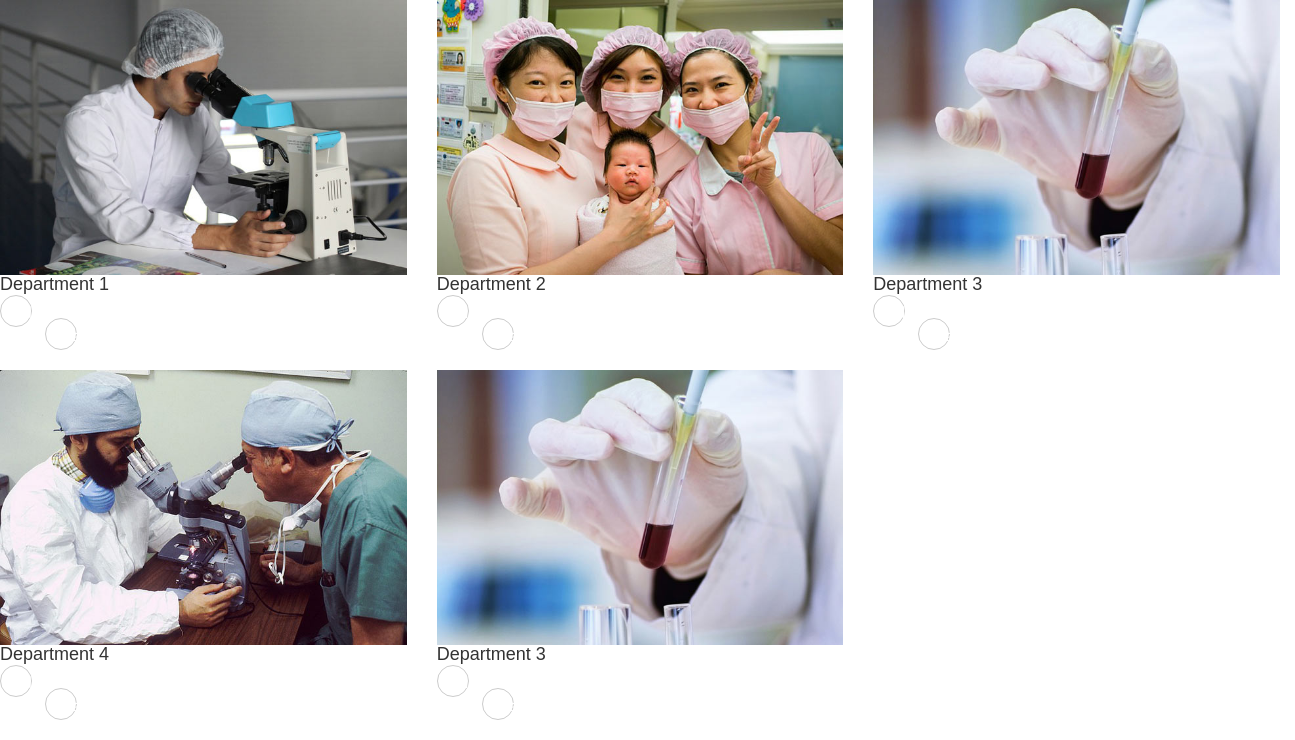
Repository: 72-faisal/work_to_do
Page: http://localhost/Khajina_Doctor/Department-home.jsp
The author's editor kept a copy of each file at every save. The page is drawn from the files as they stood at one save, then again after the next save.
The browser window is 1280 px wide. The page is 1295 px wide, so the pictures cover 1295 px, including what lies to the right of the window. The pictures show the whole page.
Some web fonts or font styles are not loaded; a fallback is used. The page is served by Tomcat 9. Other server files are loaded and not shown.

Above is the page before, as saved 2023-04-15 19:38:19.

### Khajina_Doctor/Khajina_Doctor/src/main/webapp/Department-home.jsp
<%@ page language="java" contentType="text/html; charset=ISO-8859-1"
    pageEncoding="ISO-8859-1"%>
<!DOCTYPE html>
<html>
<head>
<meta charset="ISO-8859-1">
<title>KhajjinaDoc a Medical Online Solution |</title>
<!-- for-meta-tags-->
<meta name="viewport" content="width=device-width, initial-scale=1">
<meta http-equiv="Content-Type" content="text/html; charset=utf-8" />
<meta name="keywords" content="Health Plus Responsive web template, Bootstrap Web Templates, Flat Web Templates, Android Compatible web template,
Smartphone Compatible web template, free web designs for Nokia, Samsung, LG, SonyEricsson, Motorola web design" />
<script type="application/x-javascript"> addEventListener("load", function() { setTimeout(hideURLbar, 0); }, false);
		function hideURLbar(){ window.scrollTo(0,1); } </script>
<!-- //for-meta-tags-->
<link href="css/bootstrap.css" rel="stylesheet" type="text/css" media="all" />
<link rel="stylesheet" href="css/flexslider.css" type="text/css" media="screen" Department="" />
<link href="css/services.css" rel="stylesheet" type="text/css" media="all" />
<link href="css/ziehharmonika.css" rel="stylesheet" type="text/css">
<link href="css/JiSlider.css" rel="stylesheet">
<link href="css/style.css" rel="stylesheet" type="text/css" media="all" />
<!-- font-awesome icons -->
<link href="css/font-awesome.css" rel="stylesheet">
<!-- //font-awesome icons -->
<link href="//fonts.googleapis.com/css?family=Raleway:200,200i,300,300i,400,400i,500,500i,600,600i,700,700i,800" rel="stylesheet">
<link href="//fonts.googleapis.com/css?family=Lato:300,300i,400,400i,700,900" rel="stylesheet">
</head>
<body>
<div class="department-box">
    <div class="row">
        <div class="col-md-4 department" style="position:relative;">
            <img src="images/g1.jpg" alt=" " class="img-responsive" />
            <div class="overlay">
                <h4>Department 1</h4>
                <ul class="social_agileinfo">
                    <li style="display:inline-block; margin-right:10px;"><a href="#" class="w3_facebook" style="text-decoration:none; border:1px solid #ccc; padding:5px 10px;">Add to Cart</a></li>
                    <li style="display:inline-block;"><a href="#" class="w3_twitter" style="text-decoration:none; border:1px solid #ccc; padding:5px 10px;">Make Appointment</a></li>
                </ul>
            </div>
        </div>
        <div class="col-md-4 department" style="position:relative;">
            <img src="images/g2.jpg" alt=" " class="img-responsive" />
            <div class="overlay">
                <h4>Department 2</h4>
                <ul class="social_agileinfo">
                    <li style="display:inline-block; margin-right:10px;"><a href="#" class="w3_facebook" style="text-decoration:none; border:1px solid #ccc; padding:5px 10px;">Add to Cart</a></li>
                    <li style="display:inline-block;"><a href="#" class="w3_twitter" style="text-decoration:none; border:1px solid #ccc; padding:5px 10px;">Make Appointment</a></li>
                </ul>
            </div>
        </div>
        <div class="col-md-4 department" style="position:relative;">
            <img src="images/g3.jpg" alt=" " class="img-responsive" />
            <div class="overlay">
                <h4>Department 3</h4>
                <ul class="social_agileinfo">
                    <li style="display:inline-block; margin-right:10px;"><a href="#" class="w3_facebook" style="text-decoration:none; border:1px solid #ccc; padding:5px 10px;">Add to Cart</a></li>
                    <li style="display:inline-block;"><a href="#" class="w3_twitter" style="text-decoration:none; border:1px solid #ccc; padding:5px 10px;">Make Appointment</a></li>
                </ul>
            </div>
        </div>
    </div>
    <div class="row">
        <div class="col-md-4 department" style="position:relative;">
            <img src="images/g4.jpg" alt=" " class="img-responsive" />
            <div class="overlay">
                <h4>Department 4</h4>
                <ul class="social_agileinfo">
                    <li style="display:inline-block; margin-right:10px;"><a href="#" class="w3_facebook" style="text-decoration:none; border:1px solid #ccc; padding:5px 10px;">Add to Cart</a></li>
                    <li style="display:inline-block;"><a href="#" class="w3_twitter" style="text-decoration:none; border:1px solid #ccc; padding:5px 10px;">Make Appointment</a></li>
                </ul>
            </div>
        </div>
          <div class="col-md-4 department" style="position:relative;">
            <img src="images/g3.jpg" alt=" " class="img-responsive" />
            <div class="overlay">
                <h4>Department 3</h4>
                <ul class="social_agileinfo">
                    <li style="display:inline-block; margin-right:10px;"><a href="#" class="w3_facebook" style="text-decoration:none; border:1px solid #ccc; padding:5px 10px;">Add to Cart</a></li>
                    <li style="display:inline-block;"><a href="#" class="w3_twitter" style="text-decoration:none; border:1px solid #ccc; padding:5px 10px;">Make Appointment</a></li>
                </ul>
            </div>
        </div>
    </div>

</div>
</body>
</html>

### Khajina_Doctor/Khajina_Doctor/src/main/webapp/css/flexslider.css
/*
 * jQuery FlexSlider v2.0
 * http://www.woothemes.com/flexslider/
 *
 * Copyright 2012 WooThemes
 * Free to use under the GPLv2 license.
 * http://www.gnu.org/licenses/gpl-2.0.html
 *
 * Contributing author: Tyler Smith (@mbmufffin)
 */
/* Browser Resets */
.flex-container a:active,
.flexslider a:active,
.flex-container a:focus,
.flexslider a:focus  {outline: none;}
.slides,
.flex-control-nav,
.flex-direction-nav {margin: 0; padding: 0; list-style: none;}

/* FlexSlider Necessary Styles
*********************************/
.flexslider .slides > li {display: none; -webkit-backface-visibility: hidden;} /* Hide the slides before the JS is loaded. Avoids image jumping */
.flexslider .slides img {margin: 0 auto; display: block;}
.flex-pauseplay span {text-transform: capitalize;}

/* Clearfix for the .slides element */
.slides:after {content: "."; display: block; clear: both; visibility: hidden; line-height: 0; height: 0;}
html[xmlns] .slides {display: block;}
* html .slides {height: 1%;}

/* No JavaScript Fallback */
/* If you are not using another script, such as Modernizr, make sure you
 * include js that eliminates this class on page load */
.no-js .slides > li:first-child {display: block;}


/* FlexSlider Default Theme
*********************************/
.flexslider {
	border: 0px;
	position: relative;
	zoom: 1;
	overflow: hidden;
}
.flex-viewport {max-height: 2000px; -webkit-transition: all 1s ease; -moz-transition: all 1s ease; transition: all 1s ease;}
.loading .flex-viewport {max-height: 300px;}
.flexslider .slides {zoom: 1;}

.carousel li {margin-right: 5px}


/* Direction Nav */
.flex-direction-nav a {
	margin: 0;
    background: none;
    position: absolute;
    z-index: 10;
    cursor: pointer;
    opacity: .8;
    -webkit-transition: all .3s ease;
    font-family: FontAwesome;
    font-size: 2em;
    color: #fff;
	text-decoration: none;
	top: 50%;
}
.flex-direction-nav .flex-next {
    right: 5%;
}
.flex-direction-nav .flex-prev {
	left:5%;
}
.flex-direction-nav .flex-next:before{
	content:"\f178";
}
.flex-direction-nav .flex-prev:before{
	content:"\f177";
}
.flexslider:hover .flex-next {opacity: 1;}
.flexslider:hover .flex-prev {opacity: 1;}
.flexslider:hover .flex-next:hover, .flexslider:hover .flex-prev:hover {opacity: 1;}
.flex-direction-nav .flex-disabled {opacity: .3!important; filter:alpha(opacity=30); cursor: default;}
/* Control Nav */
.flex-control-nav {
	display: block;
    position: absolute;
    right: 5%;
    top: 20%;
}
.flex-control-nav li {
    margin: 15px 0;
    display: block;
    zoom: 1;
    position: relative;
}
.flex-control-paging li a {
	width: 15px;
    height: 15px;
    display: none;
    cursor: pointer;
    text-indent: -9999px;
    border: 5px solid rgba(255, 255, 255, 0.38);
    background: #bababa;
    text-align: center;
    border-radius: 15px;
}
.flex-control-paging li a.flex-active {
	background:#ff464f;
	cursor: default;
	transform: rotateX(360deg);
	-webkit-transform: rotateX(360deg);
	-moz-transform: rotateX(360deg);
	-o-transform: rotateX(360deg);
	-ms-transform: rotateX(360deg);
    transition: transform 2s;
}
.flex-control-thumbs {margin: 5px 0 0; position: static; overflow: hidden;}
.flex-control-thumbs li {width: 25%; float: left; margin: 0;}
.flex-control-thumbs img {width: 100%; display: block; opacity: .7; cursor: pointer;}
.flex-control-thumbs img:hover {opacity: 1;}
.flex-control-thumbs .flex-active {opacity: 1; cursor: default;}
@media screen and (max-width:1366px) {

}
@media screen and (max-width:1080px) {

}
@media screen and (max-width: 991px){

}
@media screen and (max-width: 667px){

}
@media screen and (max-width: 640px){

}
@media screen and (max-width: 600px){

}
@media screen and (max-width: 480px) {
	section.slider {
		padding-top: 0;
	}

}
@media screen and (max-width: 414px){

}
@media screen and (max-width: 384px){

}
@media screen and (max-width: 375px) {

}
@media screen and (max-width: 320px) {

}

### Khajina_Doctor/Khajina_Doctor/src/main/webapp/css/services.css
.ch-item {
	width: 100%;
	height: 100%;
	border-radius: 50%;
	position: relative;
	cursor: default;
	-webkit-perspective: 900px;
	-moz-perspective: 900px;
	-o-perspective: 900px;
	-ms-perspective: 900px;
	perspective: 900px;
}
.ch-info{
	position: absolute;
	width: 100%;
	height: 100%;
	-webkit-transform-style: preserve-3d;
	-moz-transform-style: preserve-3d;
	-o-transform-style: preserve-3d;
	-ms-transform-style: preserve-3d;
	transform-style: preserve-3d;
}
.ch-info > div {
	display: block;
	position: absolute;
	width: 100%;
	height: 100%;
	border-radius: 50%;
	background-position: center center;
	-webkit-transition: all 0.4s linear;
	-moz-transition: all 0.4s linear;
	-o-transition: all 0.4s linear;
	-ms-transition: all 0.4s linear;
	transition: all 0.4s linear;
	-webkit-transform-origin: 50% 0%;
	-moz-transform-origin: 50% 0%;
	-o-transform-origin: 50% 0%;
	-ms-transform-origin: 50% 0%;
	transform-origin: 50% 0%;
}

.ch-info .ch-info-front {
      border: 10px solid #1c588e;
    background: #fff;
}

.ch-info .ch-info-back {
	-webkit-transform: translate3d(0,0,-220px) rotate3d(1,0,0,90deg);
	-moz-transform: translate3d(0,0,-220px) rotate3d(1,0,0,90deg);
	-o-transform: translate3d(0,0,-220px) rotate3d(1,0,0,90deg);
	-ms-transform: translate3d(0,0,-220px) rotate3d(1,0,0,90deg);
	transform: translate3d(0,0,-220px) rotate3d(1,0,0,90deg);
	background: #000;
	opacity: 0;
}
.ch-info-front.ch-img-1 i,.ch-info-front.ch-img-2 i,.ch-info-front.ch-img-3 i ,.ch-info-front.ch-img-4 i ,.ch-info-front.ch-img-5 i   {
    color: #232323;
    font-size: 4em;
    line-height: 3em;
}

.ch-info h5 {
    color: #fff;
    text-transform: uppercase;
    letter-spacing: 2px;
    font-size: 20px;
    margin: 0 15px;
    padding: 78px 0 0 0;
    height: 110px;
    text-shadow: 0 0 1px #fff, 0 1px 2px rgba(0,0,0,0.3);
}

.ch-info p {
	color: #de0f17;
    padding:10px 5px;
    font-style:italic;
    margin:0 30px;
    font-size:12px;
    border-top:1px solid rgba(47, 46, 46, 0.5);
}

.ch-info p a {
	display: block;
	color: #fff;
	color: rgba(255,255,255,0.7);
	font-style: normal;
	font-weight: 700;
	text-transform: uppercase;
	font-size: 9px;
	letter-spacing: 1px;
	padding-top: 4px;
	font-family: 'Open Sans', Arial, sans-serif;
}

.ch-info p a:hover {
	color: #fff222;
	color: rgba(255,242,34, 0.8);
}

.ch-item:hover .ch-info-front {
	-webkit-transform: translate3d(0,280px,0) rotate3d(1,0,0,-90deg);
	-moz-transform: translate3d(0,280px,0) rotate3d(1,0,0,-90deg);
	-o-transform: translate3d(0,280px,0) rotate3d(1,0,0,-90deg);
	-ms-transform: translate3d(0,280px,0) rotate3d(1,0,0,-90deg);
	transform: translate3d(0,280px,0) rotate3d(1,0,0,-90deg);
	opacity: 0;
}

.ch-item:hover .ch-info-back {
	-webkit-transform: rotate3d(1,0,0,0deg);
	-moz-transform: rotate3d(1,0,0,0deg);
	-o-transform: rotate3d(1,0,0,0deg);
	-ms-transform: rotate3d(1,0,0,0deg);
	transform: rotate3d(1,0,0,0deg);
	opacity: 1;
}

### Khajina_Doctor/Khajina_Doctor/src/main/webapp/css/ziehharmonika.css
/* @author Tim himself */

.ziehharmonika h3 {
    background: rgba(255, 255, 255, 0);
    color: #151414;
    text-align: left;
    border-radius: 0px;
    padding: 25px 20px;
    cursor: pointer;
    margin-top: 0;
    margin-bottom: 25px;
    padding-right: 40px;
    transition: 0.25s all;
    position: relative;
    border: 6px solid #191919;
    font-weight: 700;
    letter-spacing: 1px;
}
.ziehharmonika h3.active {
    margin-bottom: 21px;
  background: #207fdc;
    border: 6px solid rgba(44, 185, 139, 0.01);
}
.ziehharmonika h3::before {
	content: attr(data-prefix);
	font-size: 18px;
	margin-right: 9px;
}
.ziehharmonika > div {
	display: none;
	    background: #fff;
    border-radius: 0;
    border: 1px solid #cdcdcd;
    text-align: left;
    padding: 31px 33px;
    margin-bottom: 9px;
}
.ziehharmonika .arrowDown {
	width: 0;
	height: 0;
	border-style: solid;
	border-width: 13.0px 7.5px 0 7.5px;
	border-color: #272e35 transparent transparent transparent;
	position: absolute;
	bottom: 0;
	left: 40px;
	transition: 0.25s all;
	opacity: 0;
}
.ziehharmonika .active .arrowDown {
       bottom: -18px;
    border-color: #207fdc transparent transparent transparent;
    opacity: 1;
}
.ziehharmonika .collapseIcon {
	    position: absolute;
    right: 20px;
    top: 52%;
    font-size: 30px;
    font-weight: 400;
    -ms-transform: translate(0, -50%);
    transform: translate(0, -50%);
}
/*--/Responsive--*/
@media(max-width:640px){
	.ziehharmonika > div {
		display: none;
		background: #fff;
		border-radius: 0;
		border: 1px solid #cdcdcd;
		text-align: left;
		padding: 15px 15px;
		margin-bottom: 9px;
	}
	.ziehharmonika h3 {
      padding: 15px 20px;
	}
}
@media(max-width:414px){
	.ziehharmonika h3 {
		padding: 9px 15px;
		margin-bottom: 14px;
		padding-right: 40px;
		font-size: 1.2em;
	}
}
/*--//Responsive--*/

Loaded but not shown: Khajina_Doctor/Khajina_Doctor/src/main/webapp/css/bootstrap.css (library); Khajina_Doctor/Khajina_Doctor/src/main/webapp/css/font-awesome.css (library); Khajina_Doctor/Khajina_Doctor/src/main/webapp/css/style.css (4106 lines, source omitted); Khajina_Doctor/Khajina_Doctor/src/main/webapp/css/JiSlider.css (298 lines, source omitted)

After the next save:
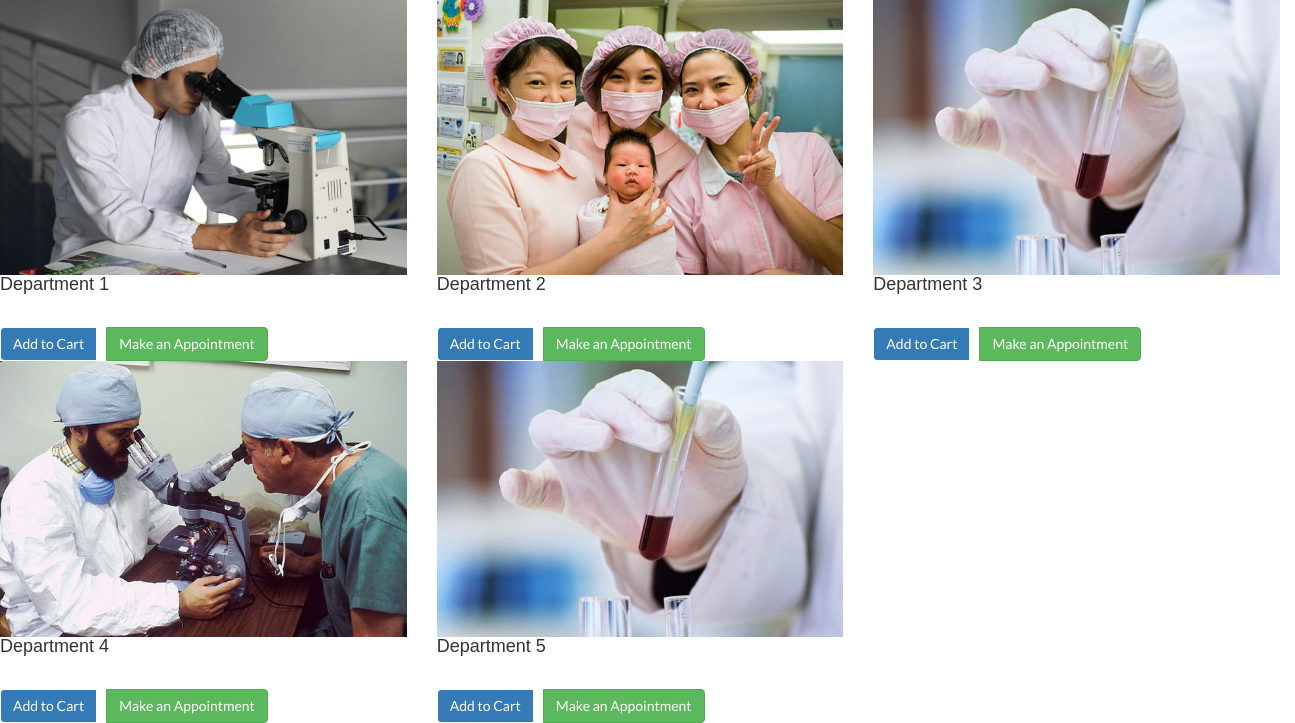
Saved 3 min 54 s later.
--- a/Khajina_Doctor/Khajina_Doctor/src/main/webapp/Department-home.jsp
+++ b/Khajina_Doctor/Khajina_Doctor/src/main/webapp/Department-home.jsp
@@ -24,64 +24,99 @@ Smartphone Compatible web template, free web designs for Nokia, Samsung, LG, Son
 <!-- //font-awesome icons -->
 <link href="//fonts.googleapis.com/css?family=Raleway:200,200i,300,300i,400,400i,500,500i,600,600i,700,700i,800" rel="stylesheet">
 <link href="//fonts.googleapis.com/css?family=Lato:300,300i,400,400i,700,900" rel="stylesheet">
+<style>
+.department .btn-group .btn:first-child {
+  margin-right: 10px;
+}
+</style>
 </head>
 <body>
 <div class="department-box">
     <div class="row">
-        <div class="col-md-4 department" style="position:relative;">
+        <div class="col-md-4 department">
             <img src="images/g1.jpg" alt=" " class="img-responsive" />
             <div class="overlay">
                 <h4>Department 1</h4>
                 <ul class="social_agileinfo">
-                    <li style="display:inline-block; margin-right:10px;"><a href="#" class="w3_facebook" style="text-decoration:none; border:1px solid #ccc; padding:5px 10px;">Add to Cart</a></li>
-                    <li style="display:inline-block;"><a href="#" class="w3_twitter" style="text-decoration:none; border:1px solid #ccc; padding:5px 10px;">Make Appointment</a></li>
+                    <li><a href="#" class="w3_facebook"><i class="fa fa-facebook"></i></a></li>
+                    <li><a href="#" class="w3_twitter"><i class="fa fa-twitter"></i></a></li>
+                    <li><a href="#" class="w3_instagram"><i class="fa fa-instagram"></i></a></li>
+                    <li><a href="#" class="w3_google"><i class="fa fa-google-plus"></i></a></li>
                 </ul>
+                <div class="btn-group" role="group">
+                    <button type="button" class="btn btn-primary">Add to Cart</button>
+                    <button type="button" class="btn btn-success">Make an Appointment</button>
+                </div>
             </div>
         </div>
-        <div class="col-md-4 department" style="position:relative;">
+        <div class="col-md-4 department">
             <img src="images/g2.jpg" alt=" " class="img-responsive" />
             <div class="overlay">
                 <h4>Department 2</h4>
                 <ul class="social_agileinfo">
-                    <li style="display:inline-block; margin-right:10px;"><a href="#" class="w3_facebook" style="text-decoration:none; border:1px solid #ccc; padding:5px 10px;">Add to Cart</a></li>
-                    <li style="display:inline-block;"><a href="#" class="w3_twitter" style="text-decoration:none; border:1px solid #ccc; padding:5px 10px;">Make Appointment</a></li>
+                    <li><a href="#" class="w3_facebook"><i class="fa fa-facebook"></i></a></li>
+                    <li><a href="#" class="w3_twitter"><i class="fa fa-twitter"></i></a></li>
+                    <li><a href="#" class="w3_instagram"><i class="fa fa-instagram"></i></a></li>
+                    <li><a href="#" class="w3_google"><i class="fa fa-google-plus"></i></a></li>
                 </ul>
+                <div class="btn-group" role="group">
+                    <button type="button" class="btn btn-primary">Add to Cart</button>
+                    <button type="button" class="btn btn-success">Make an Appointment</button>
+                </div>
             </div>
         </div>
-        <div class="col-md-4 department" style="position:relative;">
+        <div class="col-md-4 department">
             <img src="images/g3.jpg" alt=" " class="img-responsive" />
             <div class="overlay">
                 <h4>Department 3</h4>
                 <ul class="social_agileinfo">
-                    <li style="display:inline-block; margin-right:10px;"><a href="#" class="w3_facebook" style="text-decoration:none; border:1px solid #ccc; padding:5px 10px;">Add to Cart</a></li>
-                    <li style="display:inline-block;"><a href="#" class="w3_twitter" style="text-decoration:none; border:1px solid #ccc; padding:5px 10px;">Make Appointment</a></li>
+                    <li><a href="#" class="w3_facebook"><i class="fa fa-facebook"></i></a></li>
+                    <li><a href="#" class="w3_twitter"><i class="fa fa-twitter"></i></a></li>
+                    <li><a href="#" class="w3_instagram"><i class="fa fa-instagram"></i></a></li>
+                    <li><a href="#" class="w3_google"><i class="fa fa-google-plus"></i></a></li>
                 </ul>
+                <div class="btn-group" role="group">
+                    <button type="button" class="btn btn-primary">Add to Cart</button>
+                    <button type="button" class="btn btn-success">Make an Appointment</button>
+                </div>
             </div>
         </div>
     </div>
     <div class="row">
-        <div class="col-md-4 department" style="position:relative;">
+        <div class="col-md-4 department">
             <img src="images/g4.jpg" alt=" " class="img-responsive" />
             <div class="overlay">
                 <h4>Department 4</h4>
                 <ul class="social_agileinfo">
-                    <li style="display:inline-block; margin-right:10px;"><a href="#" class="w3_facebook" style="text-decoration:none; border:1px solid #ccc; padding:5px 10px;">Add to Cart</a></li>
-                    <li style="display:inline-block;"><a href="#" class="w3_twitter" style="text-decoration:none; border:1px solid #ccc; padding:5px 10px;">Make Appointment</a></li>
+                    <li><a href="#" class="w3_facebook"><i class="fa fa-facebook"></i></a></li>
+                    <li><a href="#" class="w3_twitter"><i class="fa fa-twitter"></i></a></li>
+                    <li><a href="#" class="w3_instagram"><i class="fa fa-instagram"></i></a></li>
+                    <li><a href="#" class="w3_google"><i class="fa fa-google-plus"></i></a></li>
                 </ul>
+                <div class="btn-group" role="group">
+                    <button type="button" class="btn btn-primary">Add to Cart</button>
+                    <button type="button" class="btn btn-success">Make an Appointment</button>
+                </div>
             </div>
         </div>
-          <div class="col-md-4 department" style="position:relative;">
+         <div class="col-md-4 department">
             <img src="images/g3.jpg" alt=" " class="img-responsive" />
             <div class="overlay">
-                <h4>Department 3</h4>
+                <h4>Department 5</h4>
                 <ul class="social_agileinfo">
-                    <li style="display:inline-block; margin-right:10px;"><a href="#" class="w3_facebook" style="text-decoration:none; border:1px solid #ccc; padding:5px 10px;">Add to Cart</a></li>
-                    <li style="display:inline-block;"><a href="#" class="w3_twitter" style="text-decoration:none; border:1px solid #ccc; padding:5px 10px;">Make Appointment</a></li>
+                    <li><a href="#" class="w3_facebook"><i class="fa fa-facebook"></i></a></li>
+                    <li><a href="#" class="w3_twitter"><i class="fa fa-twitter"></i></a></li>
+                    <li><a href="#" class="w3_instagram"><i class="fa fa-instagram"></i></a></li>
+                    <li><a href="#" class="w3_google"><i class="fa fa-google-plus"></i></a></li>
                 </ul>
+                <div class="btn-group" role="group">
+                    <button type="button" class="btn btn-primary">Add to Cart</button>
+                    <button type="button" class="btn btn-success">Make an Appointment</button>
+                </div>
             </div>
         </div>
     </div>
+    </div>
 
-</div>
 </body>
 </html>
